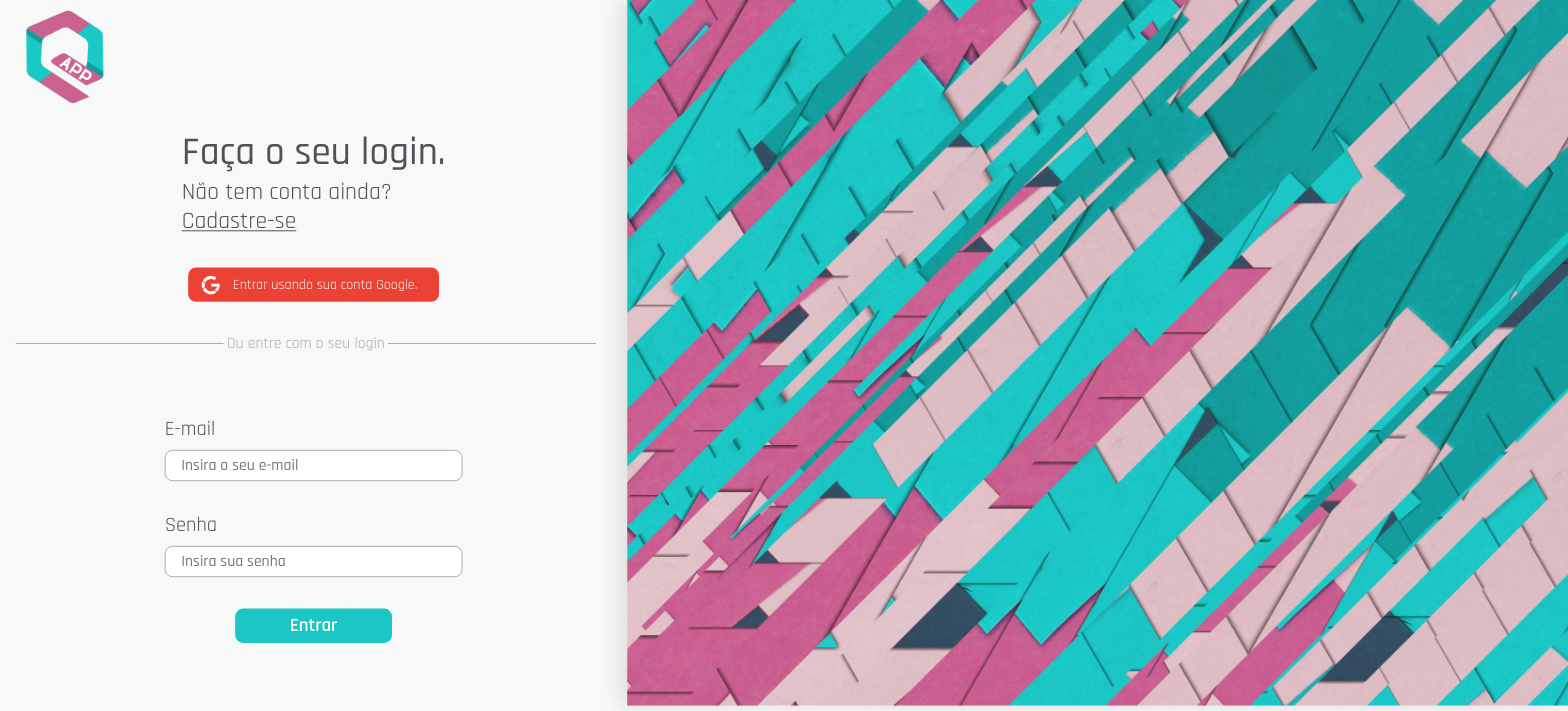
Repository: kika-cavalher/qapp-web
Page: /
These files come from the project's save history. The page is drawn as it stood at one moment and after the next save; the edit follows.
The browser window is 1280 px wide. The page is 1600 px wide, so the pictures cover 1600 px, including what lies to the right of the window. The pictures show the whole page, at 98% of full size.
The page's requests for data from a server got no answer. The project was rebuilt for these pictures with package versions that can differ from the ones it lists, and the page was loaded fresh each time. No one was signed in, and anything a server would have sent is missing. Also part of the build but not shown: src/pages/Register.tsx.

Above is the page before, as saved 2022-02-28 17:25:52.

After the next save:
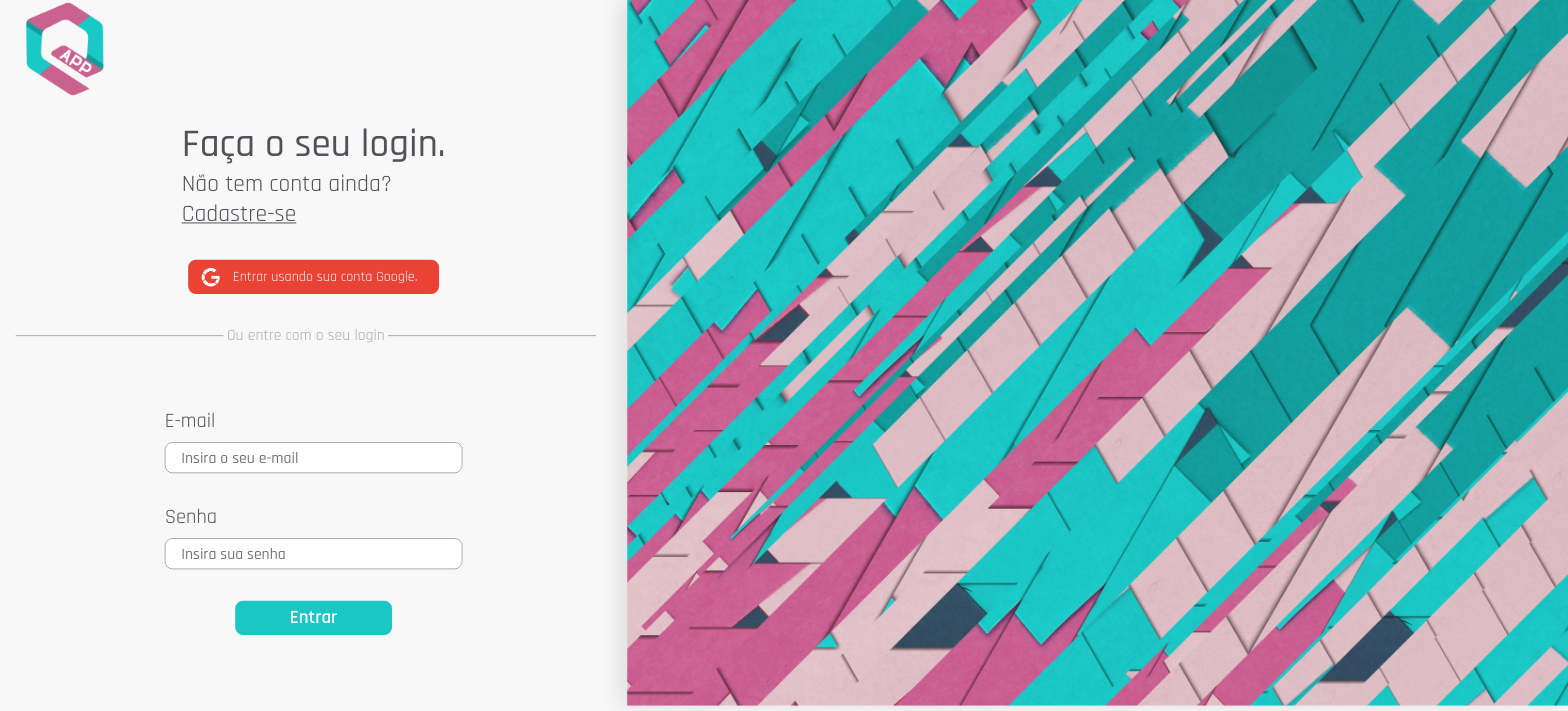
Saved 2 min 5 s later.
--- a/src/styles/pages/login.scss
+++ b/src/styles/pages/login.scss
@@ -35,7 +35,6 @@
 
     #img-logo {
         cursor: pointer;
-        margin-top: 0.5rem;
         width: 100px;
 
         @include phone {

After the save that followed:
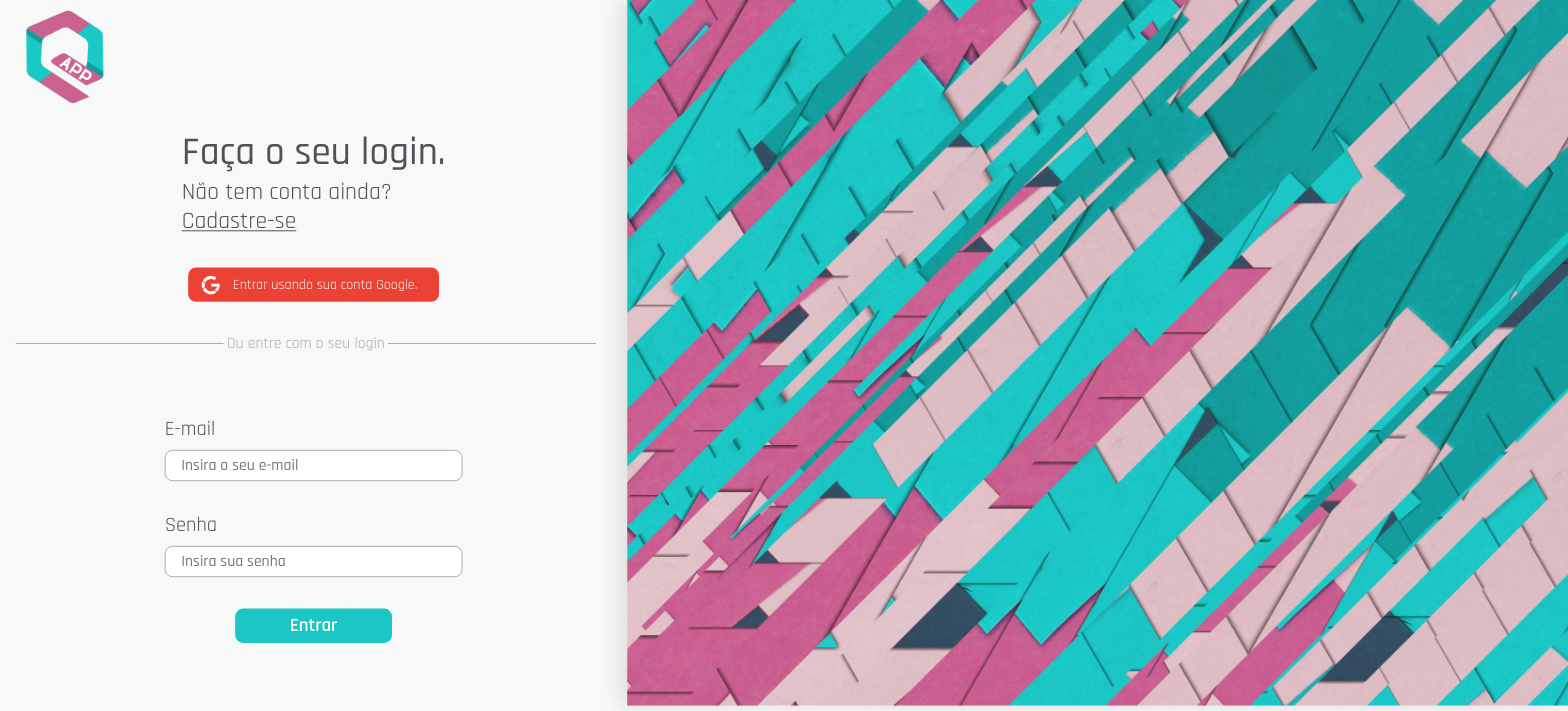
Saved 12 s later.
--- a/src/styles/pages/login.scss
+++ b/src/styles/pages/login.scss
@@ -35,6 +35,7 @@
 
     #img-logo {
         cursor: pointer;
+        margin-top: 0.5rem;
         width: 100px;
 
         @include phone {
